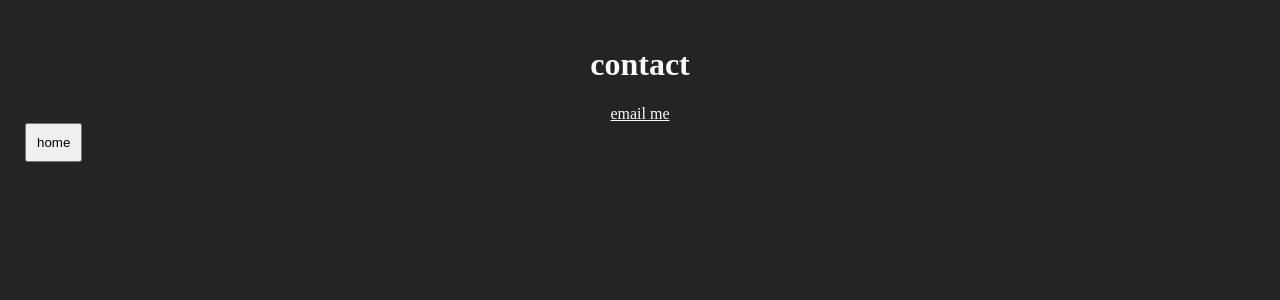
Repository: yellowspots/geneweb
Page: contactme.html
An editor plug-in stored every save of this project. The page is shown before and after the next save, followed by the edit.
The browser window is 1280 px wide. The pictures show the whole page.

Above is the page before, as saved 2024-05-02 23:51:50.

### contactme.html
<!DOCTYPE html>
<html>
    <link rel="stylesheet" type="text/css" href="styles.css">
<head>
    <title>contact</title>
</head>
<body>
    <h1>contact</h1>
    <a href="yellowstripesbluespots@protonmail.com">email me</a>
</body>
<footer>
    <button class="home-button" onclick="window.location.href='index.html'">
        <span>home</span>
    </button>
</footer>
</html>

### styles.css
body {
    background: rgb(36, 36, 36);
    text-align: center;
    margin: 0;
    padding: 25px;
}

#worldmap {
    margin: 20px;
}

#worldmap svg {
    background: rgba(68, 71, 72, 0.4);
    border-radius: 200px;
    box-shadow: 0 0 10px rgba(0, 0, 0, 0.4);
}

.land {
    fill: rgba(143, 142, 142, 0.94);
}

#globesarecool {
    color: #855982;
}

h1, h2, a, p {
    color: rgb(250, 250, 254);
}

.my-button {
    width: auto;
    cursor: finger;
    max-width: 160px;
    padding: 10px;
    box-sizing: border-box;
    white-space: nowrap;
    overflow: hidden;
    text-overflow: ellipsis;
}

.home-button {
    cursor: finger;
    max-width: 160px;
    padding: 10px;
    display: flex;
    box-sizing: border-box;
    flex-wrap: nowrap;
    white-space: nowrap;
    gap: 20px;
}


@media only screen and (max-width: 600px) {
    .buttons {
        flex-direction: row !important;
        flex-wrap: wrap;
        justify-content: center;
    }
}


@media only screen and (max-width: 600px) {
    h2, #globesarecool {
        font-size: 4vw; /* Reduce font size on smaller screens */
    }
}

After the next save:
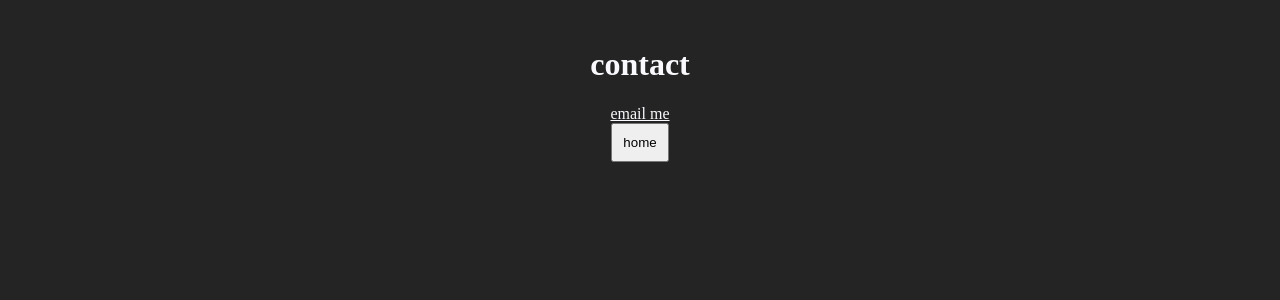
Saved 7 s later.
--- a/styles.css
+++ b/styles.css
@@ -42,6 +42,7 @@
     cursor: finger;
     max-width: 160px;
     padding: 10px;
+    margin
     display: flex;
     box-sizing: border-box;
     flex-wrap: nowrap;

After the 2 saves that followed:
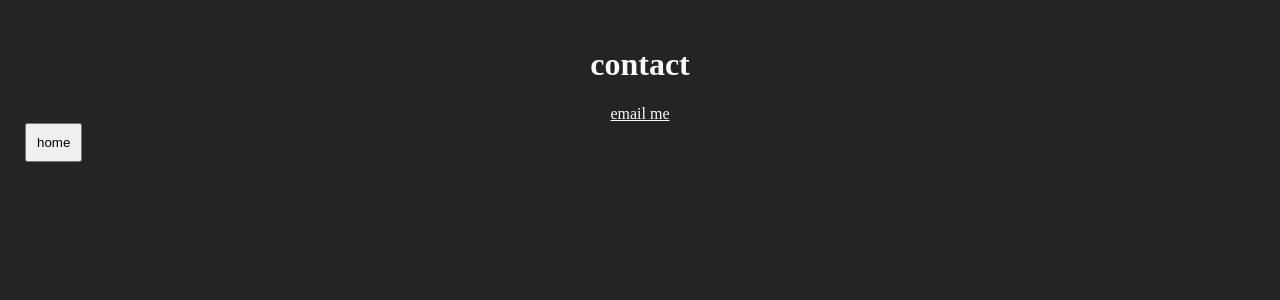
The 2 saves are shown as one change because they came seconds apart.
The last was saved 7 s later.
--- a/styles.css
+++ b/styles.css
@@ -42,7 +42,7 @@
     cursor: finger;
     max-width: 160px;
     padding: 10px;
-    margin
+    margin-bottom: auto;
     display: flex;
     box-sizing: border-box;
     flex-wrap: nowrap;
